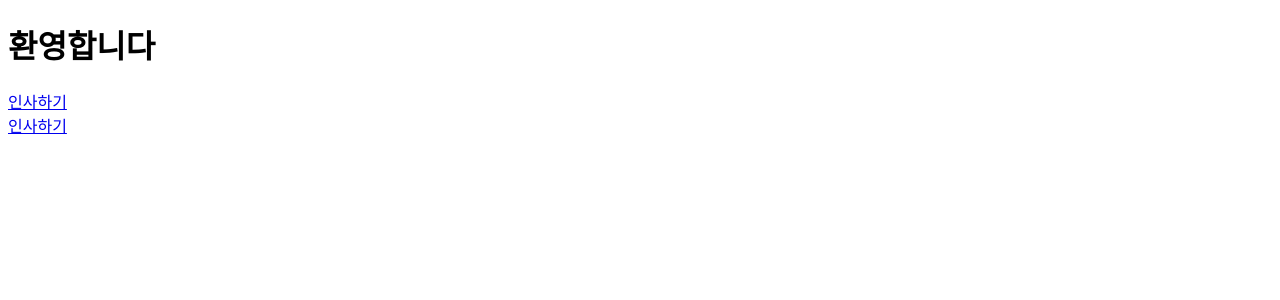
Repository: Realhyeonwoo/study-jsp
Page: JSPPrj/WebContent/index.html
An editor plug-in stored every save of this project. The page is shown before and after the next save, followed by the edit.
The browser window is 1280 px wide. The pictures show the whole page.

Above is the page before, as saved 2020-04-14 06:09:58.

### JSPPrj/WebContent/index.html
<!DOCTYPE html>
<html>
<head>
<meta charset="UTF-8">
<title>Insert title here</title>
</head>
<body>
	<h1>환영합니다</h1>
	<a href="studyGet">인사하기</a><br>
	<a href="studyGet?cnt=3">인사하기</a><br>
</body>
</html>

After the next save:
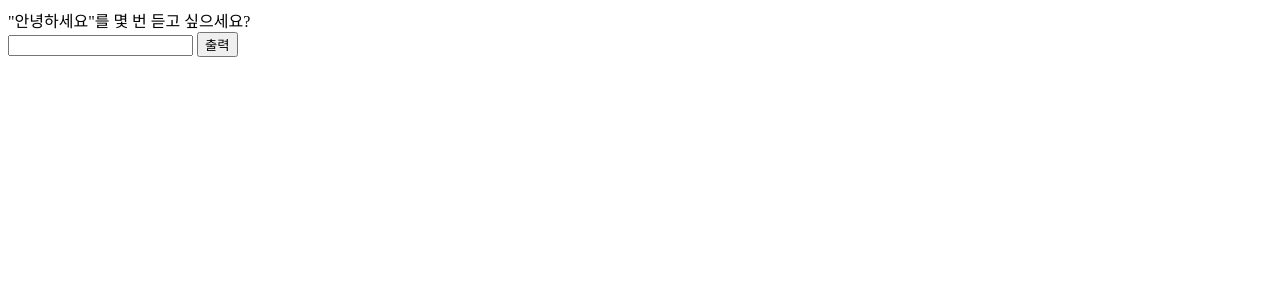
Saved 41 s later.
--- a/JSPPrj/WebContent/index.html
+++ b/JSPPrj/WebContent/index.html
@@ -5,8 +5,14 @@
 <title>Insert title here</title>
 </head>
 <body>
-	<h1>환영합니다</h1>
-	<a href="studyGet">인사하기</a><br>
-	<a href="studyGet?cnt=3">인사하기</a><br>
+	<form action="studyGet" action="get">
+		<div>
+			<label>"안녕하세요"를 몇 번 듣고 싶으세요?</label>
+		</div>
+		<div>
+			<input type="text" name="cnt"/>
+			<input type="submit" value="출력"/>
+		</div>
+	</form>
 </body>
 </html>
